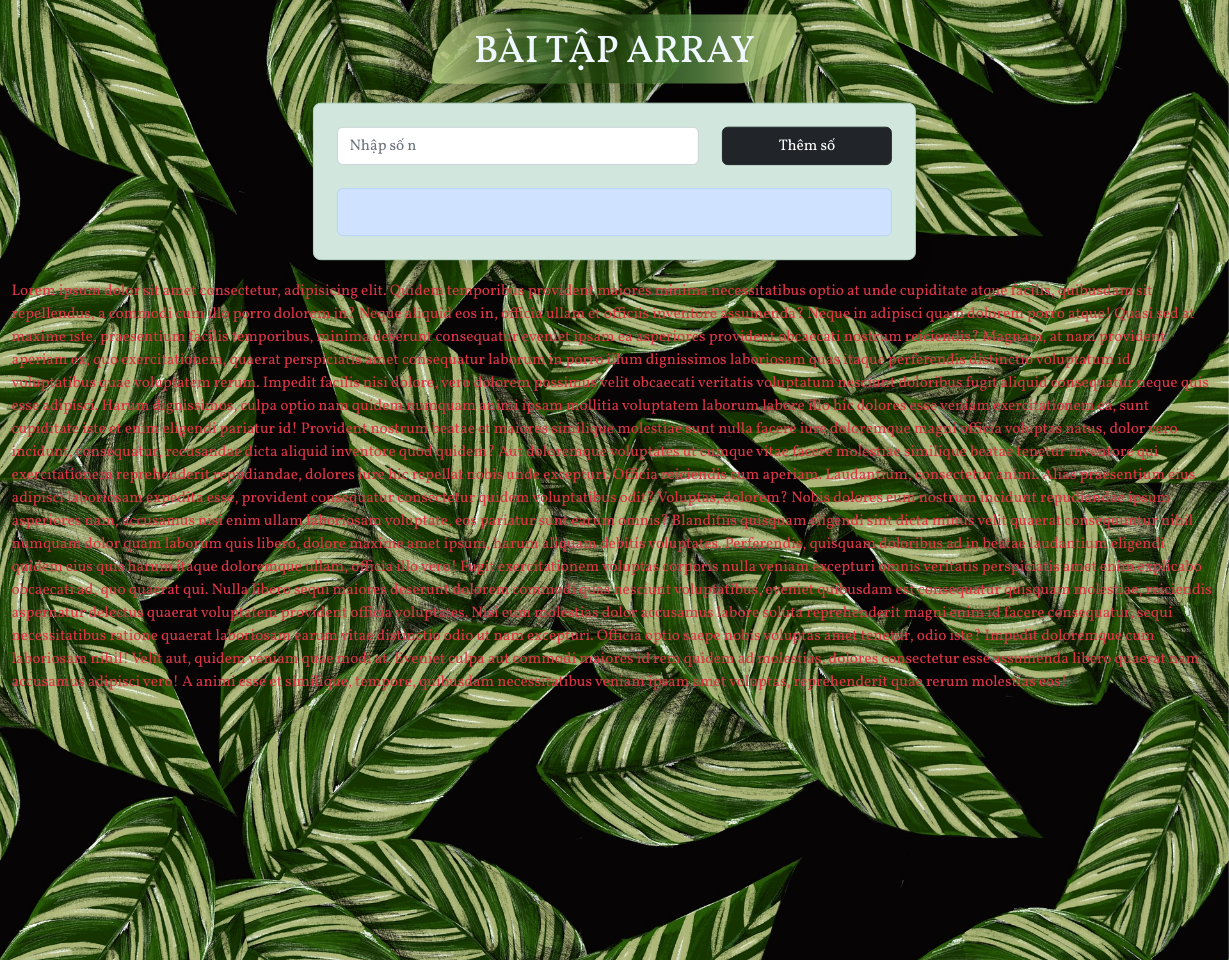
Repository: hcozyph/TranHuuPhuoc_BC43_BT_JS_Buoi7_8_ARRAY
Page: index.html
The author's editor kept a copy of each file at every save. The page is drawn from the files as they stood at one save, then again after the next save.
The browser window is 1280 px wide. The pictures show the whole page, at 96% of full size.

Above is the page before, as saved 2023-02-20 22:45:49.

### index.html
<!DOCTYPE html>
<html lang="en">
    <head>
        <title>BT Array</title>
        <!-- Required meta tags -->
        <meta charset="utf-8" />
        <meta
            name="viewport"
            content="width=device-width, initial-scale=1, shrink-to-fit=no"
        />
        <!-- font -->
        <link rel="preconnect" href="https://fonts.googleapis.com" />
        <link rel="preconnect" href="https://fonts.gstatic.com" crossorigin />
        <link
            href="https://fonts.googleapis.com/css2?family=Fraunces:ital,opsz,wght@0,9..144,600;0,9..144,700;1,9..144,300;1,9..144,400;1,9..144,500;1,9..144,600;1,9..144,700;1,9..144,800&family=Vollkorn:ital,wght@0,400;0,500;0,600;0,700;0,800;0,900;1,400;1,500;1,600;1,700;1,800;1,900&display=swap"
            rel="stylesheet"
        />
        <!-- Bootstrap CSS v5.2.1 -->
        <link
            href="https://cdn.jsdelivr.net/npm/bootstrap@5.2.1/dist/css/bootstrap.min.css"
            rel="stylesheet"
            integrity="sha384-iYQeCzEYFbKjA/T2uDLTpkwGzCiq6soy8tYaI1GyVh/UjpbCx/TYkiZhlZB6+fzT"
            crossorigin="anonymous"
        />

        <!-- index.css -->
        <link rel="stylesheet" href="./css/index.css" />
    </head>

    <body>
        <div class="container">
            <div class="bt-array-top">
                <div class="bt-array-title pt-2 shadow-lg">
                    <h1 class="text-center shadow-lg p-2">BÀI TẬP ARRAY</h1>
                </div>

                <div
                    class="alert alert-success w-50 text-center d-block rounded-3 shadow p-4"
                    style="margin: 20px auto"
                >
                    <div class="row row-cols-3">
                        <div class="col-8">
                            <input
                                id="user-input"
                                type="number"
                                class="form-control py-2"
                                placeholder="Nhập số n"
                                style="height: 100%"
                            />
                        </div>
                        <div class="col">
                            <button
                                id="user-btn"
                                class="btn btn-dark"
                                style="height: 100%; width: 100%"
                            >
                                Thêm số
                            </button>
                        </div>
                    </div>

                    <div class="row mt-4">
                        <div class="col">
                            <div
                                id="user-array"
                                class="alert alert-primary m-0 p-4"
                            ></div>
                        </div>
                    </div>
                </div>
            </div>

            <div class="bt-array-content">
                <div class="text-danger">
                    Lorem ipsum dolor sit amet consectetur, adipisicing elit.
                    Quidem temporibus provident maiores minima necessitatibus
                    optio at unde cupiditate atque facilis, quibusdam sit
                    repellendus, a commodi cum illo porro dolorem in? Neque
                    aliquid eos in, officia ullam et officiis inventore
                    assumenda? Neque in adipisci quam dolorem porro atque! Quasi
                    sed at maxime iste, praesentium facilis temporibus, minima
                    deserunt consequatur eveniet ipsam ea asperiores provident
                    obcaecati nostrum reiciendis? Magnam, at nam provident
                    aperiam ex, quo exercitationem, quaerat perspiciatis amet
                    consequatur laborum in porro illum dignissimos laboriosam
                    quas itaque perferendis distinctio voluptatum id
                    voluptatibus quae voluptatem rerum. Impedit facilis nisi
                    dolore, vero dolorem possimus velit obcaecati veritatis
                    voluptatum nesciunt doloribus fugit aliquid consequatur
                    neque quis esse adipisci. Harum dignissimos, culpa optio nam
                    quidem numquam animi ipsam mollitia voluptatem laborum
                    labore illo hic dolores esse veniam exercitationem ea, sunt
                    cupiditate iste et enim eligendi pariatur id! Provident
                    nostrum beatae et maiores similique molestiae sunt nulla
                    facere iure doloremque magni officia voluptas natus, dolor
                    vero incidunt, consequatur, recusandae dicta aliquid
                    inventore quod quidem? Aut doloremque voluptates ut cumque
                    vitae facere molestiae similique beatae tenetur inventore
                    qui exercitationem reprehenderit repudiandae, dolores iure
                    hic repellat nobis unde excepturi. Officia reiciendis cum
                    aperiam. Laudantium, consectetur animi. Alias praesentium
                    eius adipisci laboriosam expedita esse, provident
                    consequatur consectetur quidem voluptatibus odit? Voluptas,
                    dolorem? Nobis dolores eum nostrum incidunt repudiandae
                    ipsum asperiores nam, accusamus nisi enim ullam laboriosam
                    voluptate, eos pariatur sunt earum omnis? Blanditiis
                    quisquam eligendi sint dicta minus velit quaerat
                    consequuntur nihil numquam dolor quam laborum quis libero,
                    dolore maxime amet ipsum, harum aliquam debitis voluptates.
                    Perferendis, quisquam doloribus ad in beatae laudantium
                    eligendi quidem eius quis harum itaque doloremque ullam,
                    officia illo vero! Fugit exercitationem voluptas corporis
                    nulla veniam excepturi omnis veritatis perspiciatis amet
                    enim explicabo obcaecati ad, quo quaerat qui. Nulla libero
                    sequi maiores deserunt dolorem commodi quas nesciunt
                    voluptatibus, eveniet quibusdam est consequatur quisquam
                    molestiae, reiciendis aspernatur delectus quaerat voluptatem
                    provident officia voluptates. Nisi eum molestias dolor
                    accusamus labore soluta reprehenderit magni enim id facere
                    consequatur, sequi necessitatibus ratione quaerat laboriosam
                    earum vitae distinctio odio ut nam excepturi. Officia optio
                    saepe nobis voluptas amet tenetur, odio iste? Impedit
                    doloremque cum laboriosam nihil! Velit aut, quidem veniam
                    quae modi at. Eveniet culpa aut commodi maiores id rem
                    quidem ad molestias, dolores consectetur esse assumenda
                    libero quaerat nam accusamus adipisci vero! A animi esse et
                    similique, tempore, quibusdam necessitatibus veniam ipsam
                    amet voluptas, reprehenderit quae rerum molestias eos!
                </div>
                <div class="bt1"></div>
            </div>
        </div>

        <!-- Bootstrap JavaScript Libraries -->
        <script
            src="https://cdn.jsdelivr.net/npm/@popperjs/core@2.11.6/dist/umd/popper.min.js"
            integrity="sha384-oBqDVmMz9ATKxIep9tiCxS/Z9fNfEXiDAYTujMAeBAsjFuCZSmKbSSUnQlmh/jp3"
            crossorigin="anonymous"
        ></script>

        <script
            src="https://cdn.jsdelivr.net/npm/bootstrap@5.2.1/dist/js/bootstrap.min.js"
            integrity="sha384-7VPbUDkoPSGFnVtYi0QogXtr74QeVeeIs99Qfg5YCF+TidwNdjvaKZX19NZ/e6oz"
            crossorigin="anonymous"
        ></script>

        <!-- method.js -->
        <link rel="stylesheet" href="./js/method.js" />

        <!-- index.js -->
        <script src="./js/index.js"></script>
    </body>
</html>

### css/index.css
* {
    margin: 0;
    padding: 0;
    box-sizing: border-box;
    font-family: "Fraunces", serif;
    font-family: "Vollkorn", serif;
}

.container {
    margin: 0 auto;
    max-width: 1440px;

    background-image: url(../img/2.jpg);
    background-size: cover;
    background-position: center;
    background-repeat: no-repeat;

    height: 1000px;
    padding-top: 15px;
}

.bt-array-title {
    display: block;
    width: 380px;
    margin: 0 auto;
    border-radius: 80px 10px 80px 10px;

    font-size: 40px;
    font-weight: 700;
    /* background-color: red; */
    color: aliceblue;
    background: rgb(156, 173, 110);
    background: linear-gradient(
        90deg,
        rgba(198, 219, 142, 0.8) 0%,
        rgba(156, 173, 110, 0.8) 10%,
        rgba(60, 94, 39, 0.8) 25%,
        rgba(68, 112, 49, 0.8) 29%,
        rgba(27, 57, 5, 0.8) 49%,
        rgba(66, 114, 50, 0.8) 63%,
        rgba(90, 139, 69, 0.8) 74%,
        rgba(184, 203, 130, 0.8) 95%
    );
}

/* .bt-array-content {
} */

Loaded but not shown: js/index.js (no copy from this time; the picture is the same without it); js/method.js (no stored copy; drawn as an empty file)

After the next save:
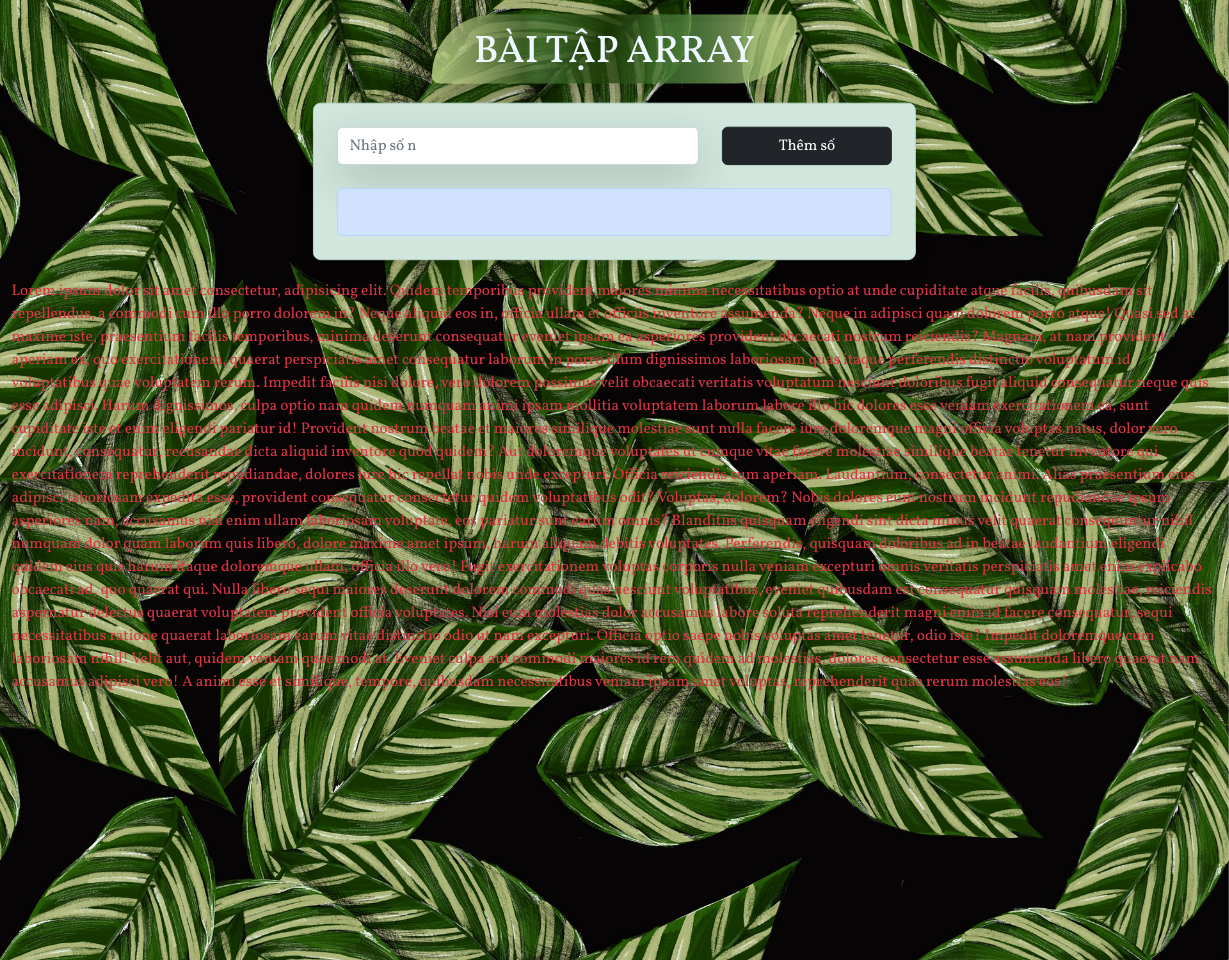
Saved 22 s later.
--- a/index.html
+++ b/index.html
@@ -43,7 +43,7 @@
                             <input
                                 id="user-input"
                                 type="number"
-                                class="form-control py-2"
+                                class="form-control shadow-lg py-2"
                                 placeholder="Nhập số n"
                                 style="height: 100%"
                             />
